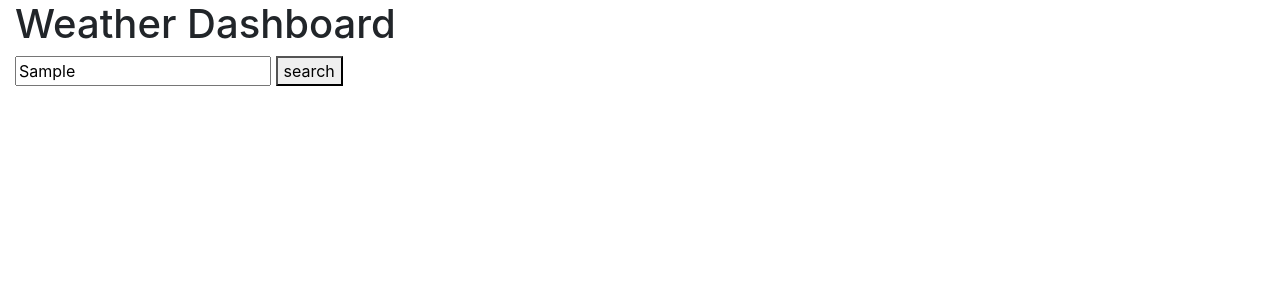
Repository: cobalt88/weather-forecast-app
Page: index.html
These files come from the project's save history. The page is drawn as it stood at one moment and after the next save; the edit follows.
The browser window is 1280 px wide. The pictures show the whole page.
Empty fields were first filled with sample values (such as "Sample", 5 or name@example.com).
After loading, the first visible `#search-button` was clicked once.
The page's requests for data from a server got no answer. Some web libraries are served in a nearby version.

Above is the page before, as saved 2022-04-03 18:28:26.

### index.html
<!DOCTYPE html>
<html lang="en">
<head>
  <meta charset="UTF-8">
  <meta http-equiv="X-UA-Compatible" content="IE=edge">
  <meta name="viewport" content="width=device-width, initial-scale=1.0">
  <link
  rel="stylesheet"
  href="https://stackpath.bootstrapcdn.com/bootstrap/4.3.1/css/bootstrap.min.css"
/>
<link
  rel="stylesheet"
  href="https://use.fontawesome.com/releases/v5.8.1/css/all.css"
  integrity="sha384-50oBUHEmvpQ+1lW4y57PTFmhCaXp0ML5d60M1M7uH2+nqUivzIebhndOJK28anvf"
  crossorigin="anonymous"
/>
<link
  href="https://fonts.googleapis.com/css?family=Open+Sans&display=swap"
  rel="stylesheet"
/>

<link href="style.css" rel="stylesheet">
  <title>Document</title>
</head>
<body>

  <header><h1 class="center col-12">Weather Dashboard</h1></header>
  <div class="col-xl-4 col-lg-4 col-md-4 col-sm-4 col-4">
    <input type="text" id="searchInput" placeholder="Search for city or country">
    <button type= 'button' id="search-button">search</button>
    <ul id="city-list"></ul>
  </div>
  <div id="current-day">
  <!-- <h2 id="city">Current City</h2>
  <h2 id="date">Date</h2>
      <img alt="Weather Icon">
      <p id="temp">Current temp</p>
      <p id="wind">Wind Speed</p>
      <p id="humidity">Current Humidity</p> -->
</div>
  <div id="5-day-container" class="cardContainer">

    <!-- <div id="forecast" class="card col-2">
      <h2 id="date">Date</h2>
      <img alt="Weather Icon">
      <p id="temp">Current temp</p>
      <p id="wind">Wind Speed</p>
      <p id="humidity">Current Humidity</p>
    </div>
      -->

  </div>

  <div>
    <ul id="history">

    </ul>
  </div>


  <script src="https://code.jquery.com/jquery-3.4.1.min.js"></script>
  <script src="https://cdnjs.cloudflare.com/ajax/libs/moment.js/2.20.1/moment.min.js"></script>
  <script src="logic_2.js"></script>
</body>
</html>

### style.css
.card {
  background-color: rgb(65, 65, 85);
  color: aliceblue;
  margin: 20px;
}

.cardContainer {
  display: flex;
  flex-direction: row;
}

.cityList {
  display: flex;
  flex-direction: row;
  width: 25%;
  max-width: 500px;
}

### logic_2.js

const apiKey = '486a30fe2a4040f404391459060015ad';
var displayArr = [];
var geoArr = [];
var oneCallDataArr = [];
var searchInput = localStorage.getItem('lastSearch');
var lat = '';
var lon = '';
var forecastContainer = document.getElementById('5-day-container');
var currentDay = document.getElementById('current-day')
var searchHistoryArr = [];
var historyContainer = document.getElementById("history");


function geoLocate() {
  var requestLocationUrl = `http://api.openweathermap.org/geo/1.0/direct?q=${searchInput}&limit=1&appid=${apiKey}`
  fetch(requestLocationUrl)
  .then(function(response){
    return response.json();
  })
  .then(function(currentLocation) {
    let tempArr = [];
    tempArr.push(currentLocation);
    geoArr = tempArr;
    let lat2 = geoArr[0][0].lat;
    lat = lat2;
    let lon2 = geoArr[0][0].lon;
    lon = lon2;
  })
.then(function(){
    oneCall();
  });
};

function oneCall() {
  let oneCallApi = `https://api.openweathermap.org/data/2.5/onecall?lat=${lat}&lon=${lon}&exclude=minutely&appid=${apiKey}`
  fetch(oneCallApi)
  .then(function(response){
    return response.json();
  })
  .then(function(allData) {
    let tempArr = [];
    tempArr.push(allData)
    oneCallDataArr = tempArr;
    forecastDisplayHandler();
  })
  .then(function(){
    // console.log(oneCallDataArr)
  })
};

  function kelvinToImperial (x) {
    Math.round((x - 273.15) * 1.8 + 32);
  }

function forecastDisplayHandler() {

  var now = moment().format('dddd MMMM do YYYY, h:mm a');
  var currentCity = geoArr[0][0].name;
  //note to self, add function to convert current time to unix time with moments and compare to values in this object to get current temp
  let tempKd = oneCallDataArr[0].daily[0].temp.day;
  let tempKmax = oneCallDataArr[0].hourly[0].temp.max;
  let tempKmin = oneCallDataArr[0].daily[0].temp.min;
  let tempKe = oneCallDataArr[0].daily[0].temp.eve;

  let tempFd = Math.round((tempKd - 273.15) * 1.8 + 32);
  let tempFmin = Math.round((tempKmin - 273.15) * 1.8 + 32);
  let tempFmax = Math.round((tempKmax - 273.15) * 1.8 + 32);
  let tempFe = Math.round((tempKe - 273.15) * 1.8 + 32);

  let windSpeed = oneCallDataArr[0].daily[0].wind_speed;
  let windGust = oneCallDataArr[0].daily[0].wind_gust;
  let windDir = oneCallDataArr[0].daily[0].wind_deg;
  let humidity = oneCallDataArr[0].daily[0].humidity;
  let uvIndex = oneCallDataArr[0].daily[0].uvi;
  let icon = oneCallDataArr[0].daily[0].weather[0].icon;

  let iconSrc = `http://openweathermap.org/img/wn/${icon}@2x.png`

   currentDay.innerHTML =
  ` <h2 id="city">${currentCity}</h2>
    <h4 id="date">${now}</h4>
    <img src="${iconSrc}" alt="Weather Icon">
    <p id="weather-${i}></p>
    <p id="temp-${i}">Day Temp: ${tempFd}</p>
    <p id="temp-${i}">Evening Temp: ${tempFe}</p>
    <p id="temp-${i}">Max Temp: ${tempFmax}</p>
    <p id="temp-${i}">Min Temp: ${tempFmin}</p>
    <p id="wind-${i}">Average Wind Speed: ${windSpeed}</p>
    <p id="wind-${i}">Wind Gust: ${windGust}</p>
    <p id="wind-${i}">Wind Direction: ${windDir} degrees</p>
    <p id="humidity-${i}">Relative Humidity: ${humidity}%</p>
    <p id="uv-index${i}">UV Index: ${uvIndex}</p>`

for (var i = 1; i < 6; i++) {

  let unixTime = oneCallDataArr[0].daily[i].dt;
  let dateString = moment.unix(unixTime).format("MM/DD/YYYY");

  let tempKd = oneCallDataArr[0].daily[i].temp.day;
  let tempKe = oneCallDataArr[0].daily[i].temp.eve;
  let tempKmax = oneCallDataArr[0].daily[i].temp.max;
  let tempKmin = oneCallDataArr[0].daily[i].temp.min;

  let tempFd = Math.round((tempKd - 273.15) * 1.8 + 32);
  // let tempFd = kelvinToImperial(tempKd);
  let tempFe = Math.round((tempKe - 273.15) * 1.8 + 32);
  let tempFmin = Math.round((tempKmin - 273.15) * 1.8 + 32);
  let tempFmax = Math.round((tempKmax - 273.15) * 1.8 + 32);

  let windSpeed = oneCallDataArr[0].daily[i].wind_speed;
  let windGust = oneCallDataArr[0].daily[i].wind_gust;
  let windDir = oneCallDataArr[0].daily[i].wind_deg;

  let humidity = oneCallDataArr[0].daily[i].humidity;
  let uvIndex = oneCallDataArr[0].daily[i].uvi;
  let icon = oneCallDataArr[0].daily[i].weather[0].icon;

  let iconSrc = `http://openweathermap.org/img/wn/${icon}@2x.png`

  forecastContainer.innerHTML +=
      `<div id="day ${i}" class="card col-2">
      <h2 id="date">${dateString}</h2>
      <img src="${iconSrc}" alt="Weather Icon"/>
      <p id="weather-${i}></p>
      <p id="temp-${i}">Day Temp: ${tempFd}</p>
      <p id="temp-${i}">Evening Temp: ${tempFe}</p>
      <p id="temp-${i}">Max Temp: ${tempFmin}</p>
      <p id="temp-${i}">Min Temp: ${tempFmax}</p>
      <p id="wind-${i}">Average Wind Speed: ${windSpeed}</p>
      <p id="wind-${i}">Wind Gust: ${windGust}</p>
      <p id="wind-${i}">Wind Direction: ${windDir} degrees</p>
      <p id="humidity-${i}">Relative Humidity: ${humidity}%</p>
      <p id="uv-index${i}">UV Index: ${uvIndex}</p>
    </div>`
};
}

function loadStorage() {
  // let x = JSON.parse(localStorage.getItem("searchHistory"));
  // searchHistoryArr.push(x);
  console.log(searchHistoryArr);

}

function storage() {
localStorage.setItem('searchHistory', searchHistoryArr);
let data = localStorage.getItem('searchHistory').split(",");

  console.log(data);
}

function displayHistory() {
for(var i = 0; i < searchHistoryArr.length; i++) {

  if (i < 5) {
    var text = searchHistoryArr[i];

    historyContainer.innerHTML +=
      `<li>${text}</li>`
    }
  }
}

$("#search-button").on("click", function () {
  searchInput = $(this).siblings("#searchInput").val();
  searchHistoryArr.push(searchInput);
  geoLocate();
  storage();
});



$(document).ready(function(){
  loadStorage()
  displayHistory()
} );

After the next save:
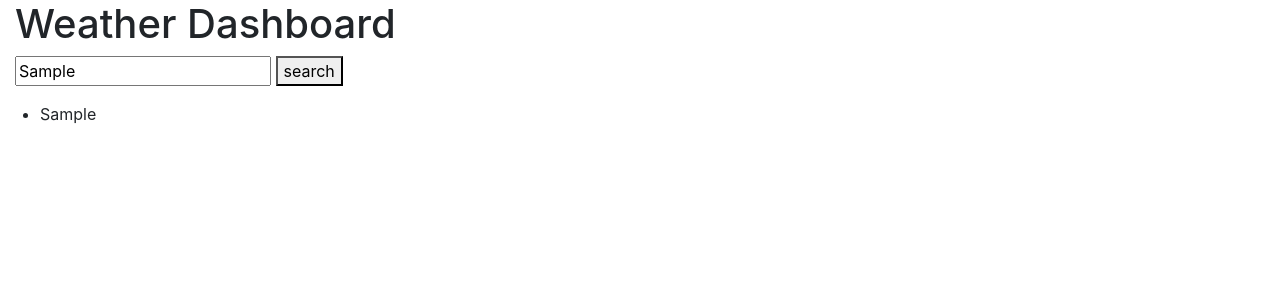
Saved 2 min 16 s later.
--- a/logic_2.js
+++ b/logic_2.js
@@ -167,6 +167,7 @@ $("#search-button").on("click", function () {
   searchHistoryArr.push(searchInput);
   geoLocate();
   storage();
+  displayHistory();
 });
 
 
